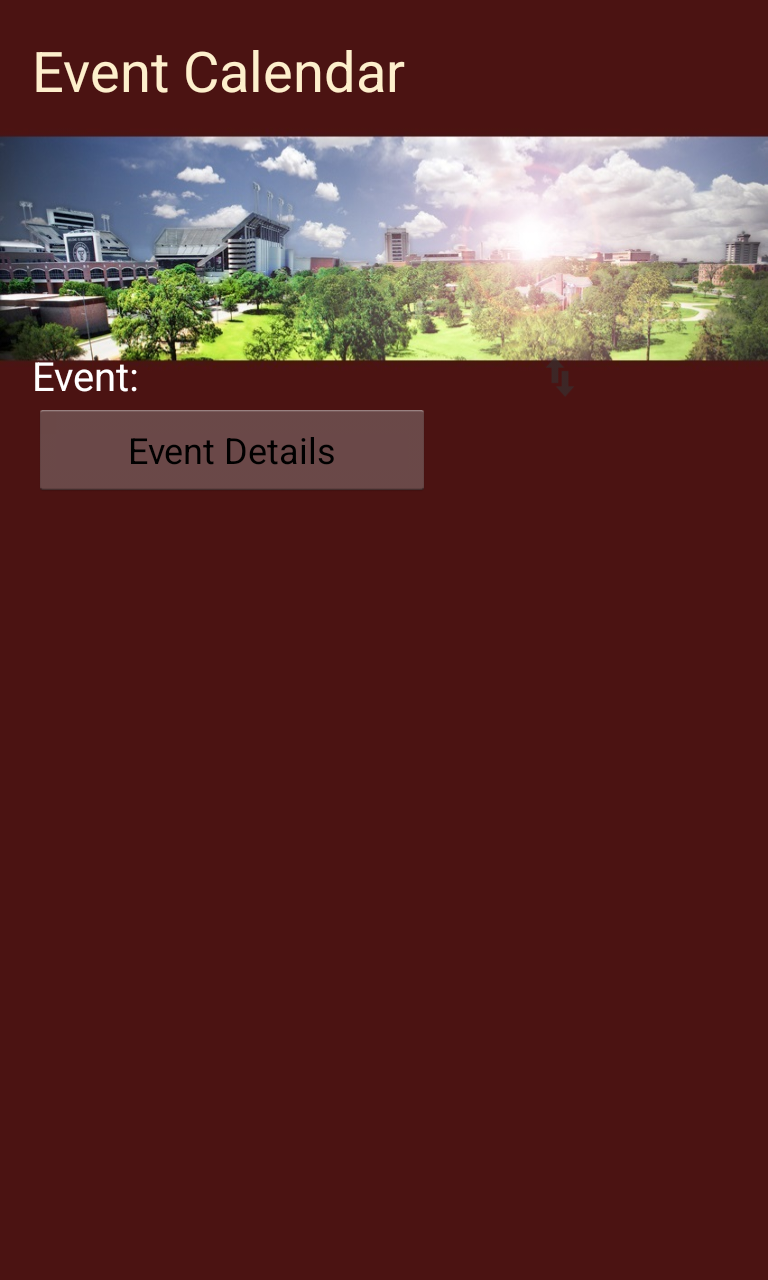
Repository: jannelg92/ANDROIDAPP
Layout: GEOINNOVATION/TAMUgis-dayEvents/res/layout/f_event_calendar.xml
An editor plug-in stored every save of this project. The layout is shown before and after the next save, followed by the edit.
It is drawn on a 768 x 1280 px phone screen (xhdpi) without system bars, with theme AppTheme; the app's code is not run.

Above is the layout before, as saved 2014-04-23 01:56:04.

### GEOINNOVATION/TAMUgis-dayEvents/res/layout/f_event_calendar.xml
<LinearLayout xmlns:android="http://schemas.android.com/apk/res/android"
    xmlns:tools="http://schemas.android.com/tools"
    android:layout_width="match_parent"
    android:layout_height="match_parent"
    android:id="@+id/eventCalendarList"
    android:orientation="vertical"
    android:background="@drawable/aggieland_bbackground"
    android:paddingBottom="@dimen/activity_vertical_margin"
    android:paddingLeft="@dimen/activity_horizontal_margin"
    android:paddingRight="@dimen/activity_horizontal_margin"
    android:paddingTop="@dimen/activity_vertical_margin" >


    <TextView
        android:id="@+id/event_cal"
        android:layout_width="wrap_content"
        android:layout_height="wrap_content"
        android:drawablePadding="10dp"
        android:text="@string/calendar"
        android:textColor="@color/background"
        android:textSize="@dimen/big_text" />
		<LinearLayout
		    android:layout_width="match_parent"
		    android:layout_height="wrap_content"
		    android:orientation="horizontal"
		    android:layout_marginTop="120dp" >
		      <TextView
		        android:id="@+id/event_label"
		        android:layout_width="wrap_content"
		        android:layout_height="wrap_content"
		        android:drawablePadding="10dp"
		        android:text="Event: "
		        android:textColor="#ffffff"
		        android:textSize="@dimen/mid_text" />
		       <TextView
		        android:id="@+id/event_name"
		        android:layout_width="wrap_content"
		        android:layout_height="wrap_content"
		        android:drawablePadding="10dp"
		        android:text="                                      "
		        android:textColor="#500000"
		        android:textSize="@dimen/mid_text" />
		        <Button
		        android:id="@+id/event_dtls"
		        android:layout_width="60px"
		        android:layout_height="50px"
		        android:drawablePadding="10dp"
		        android:background="@drawable/ic_action_import_export"
		        android:src="@drawable/ic_action_import_export" />


      </LinearLayout>


    <Button
        android:id="@+id/eventDetails_b"
        android:layout_width="200dp"
        android:layout_height="wrap_content"
        android:layout_marginBottom="10dp" android:text="@string/details"
        android:clickable="true" />

</LinearLayout>

### GEOINNOVATION/TAMUgis-dayEvents/res/values/dimens.xml
<resources>

   <dimen name="activity_horizontal_margin">16dp</dimen>
    <dimen name="activity_vertical_margin">16dp</dimen>

    <dimen name="big_text">28dip</dimen>
    <dimen name="mid_text">20dip</dimen>
    <dimen name="small_text">16dip</dimen>
    <dimen name="return_w">50dp</dimen>
    <dimen name="return_h">50dp</dimen>
    <dimen name="text_sizeW">70dp </dimen>
    <dimen name="text_sizeH">70dp</dimen>
    <dimen name="button_w">200dp </dimen>
    <dimen name="button_h">60dp </dimen>
    <!--
         Per the design guidelines, navigation drawers should be between 240dp and 320dp:
         https://developer.android.com/design/patterns/navigation-drawer.html
    -->
    <dimen name="navigation_drawer_width">277dp</dimen>

</resources>

### GEOINNOVATION/TAMUgis-dayEvents/res/values/strings.xml
<?xml version="1.0" encoding="utf-8"?>
<resources>

    <!-- Menu, Application, Object TITLES -->
    <string name="app_name">TAMU GIS DAY Events</string>
    <string name="application_name">Texas A&amp;M Geoservices</string>
    <string name="nav_drawer">Navigation Drawer</string>
    <string name="layout_piece">Structure or element of the layout</string>
    <string name="hello_world">Hello  W O R L D!! :)</string>
    <string name="title_menu">Navigation Menu</string>
    <string name="title_activity_user_options">UserOptions</string>
    <string name="title_activity_events">Events</string>
    <string name="title_activity_event_checkin">Event_checkin</string>
    <string name="title_section1">Welcome</string>
    <string name="title_section2">Events</string>
    <string name="title_sectionLogin">Log-in</string>
    <string name="title_section3">Event Check-in</string>
    <string name="title_section4">My Events</string>
    <string name="title_section5">Settings</string>
    <string name="title_section6">Log-out</string>


    <string-array name="mainTitles">
        <item id="menu1_99">Log-in </item>
        <item id="menu1_100">Event Calendar </item>
        <item id="menu1_101">Share </item>
    </string-array>
    <string-array name="userTitles">
        <item id="menu2_99"> Event Calendar </item>
        <item id="menu2_100"> Event Check-in </item>
        <item id="menu2_101"> My Events </item>
        <item id="menu2_102"> Share </item>
        <item id="menu2_103"> Settings </item>
        <item id="menu2_104"> Log-out</item>
    </string-array>
    <string-array name="menuTitles">
        <item id="menu2_99">   Home  </item>
        <item id="menu2_100"> Log-in </item>
        <item id="menu2_101"> Event Calendar </item>
        <item id="menu2_102"> Event Check-in </item>
        <item id="menu2_103"> My Events </item>
        <item id="menu2_104"> Share </item>
        <item id="menu2_105"> Settings </item>
        <item id="menu2_106"> Log-out </item>
    </string-array>

    <array name="nav_drawer_icons">
        <item>@drawable/ic_launcher</item>
        <item>@drawable/ic_action_signup</item>
        <item>@drawable/ic_action_eventcal</item>
        <item>@drawable/ic_action_checkin</item>
        <item>@drawable/ic_action_myevents</item>
        <item>@drawable/ic_action_share</item>
        <item>@drawable/ic_action_settings</item>
        <item>@drawable/ic_action_import_export</item>
    </array>

    <!--  -->


    <!-- Strings related to Settings, Example General settings -->
    <string name="pref_header_general">General</string>
    <string name="pref_title_social_recommendations">Enable social recommendations</string>
    <string name="pref_description_social_recommendations">Recommendations for people to contact based on your message history</string>
    <string name="pref_title_display_name">Display name</string>
    <string name="pref_default_display_name">John Smith</string>
    <string name="pref_title_add_friends_to_messages">Add friends to messages</string>

    <string-array name="pref_example_list_titles">
        <item>Always</item>
        <item>When possible</item>
        <item>Never</item>
    </string-array>
    <string-array name="pref_example_list_values">
        <item>1</item>
        <item>0</item>
        <item>-1</item>
    </string-array>

    <!-- Example settings for Data & Sync -->
    <string name="pref_header_data_sync">Data &amp; sync</string>
    <string name="pref_title_sync_frequency">Sync frequency</string>

    <string-array name="pref_sync_frequency_titles">
        <item>15 minutes</item>
        <item>30 minutes</item>
        <item>1 hour</item>
        <item>3 hours</item>
        <item>6 hours</item>
        <item>Never</item>
    </string-array>
    <string-array name="pref_sync_frequency_values">
        <item>15</item>
        <item>30</item>
        <item>60</item>
        <item>180</item>
        <item>360</item>
        <item>-1</item>
    </string-array>

    <string name="pref_title_system_sync_settings">System sync settings</string>

    <!-- Example settings for Notifications -->

    <string name="pref_header_notifications">Notifications</string>
    <string name="pref_title_new_message_notifications">New message notifications</string>
    <string name="pref_title_ringtone">Ringtone</string>
    <string name="pref_ringtone_silent">Silent</string>
    <string name="pref_title_vibrate">Vibrate</string>
    <string name="app_settings">App Settings</string>
    <string name="main">Home</string>
    <string name="login">Log-in</string>
    <string name="calendar">Event Calendar</string>
    <string name="checkin">Event Checkin</string>
    <string name="myevents">My Events</string>
    <string name="share">Share</string>
    <string name="map">Map</string>
    <string name="settings">Settings</string>
    <string name="logout">Log-out</string>
    <string name="returnB">Back</string>
    <string name="details">Event Details</string>
    <string name="prof_classes">Professor-added Classes </string>
    <string name="prof">Professors </string>
    <string name="pics">Pictures</string>
    <string name="signup">Sign-up </string>
    <string name="mycourses">My Courses</string>
    <string name="notify">Notifcation Options </string>
    <string name="event_remind">Send Event Reminders</string>
    <string name="push">Allow Push Notifications</string>
    <string name="gps">Allow GPS Tracking</string>

    <!-- Description Strings -->
    <color name="maroon">#500000</color>
    <color name="selector">#F4AF00</color>
    <color name="background">#FDEFCC </color>

    <string name="drawer_open">Open Menu</string>
    <string name="drawer_close">Close Menu</string>
    <string name="app_error">Sorry, GIS DAY app is NOT available.</string>
    <string name="navigation_drawer_open">Open navigation drawer</string>
    <string name="navigation_drawer_close">Close navigation drawer</string>
    <string name="action_example">HelloWorld</string>
    <string name="action_settings">Settings</string>
    <string name="prompt_email">Email</string>
    <string name="prompt_password">Password</string>
    <string name="action_sign_in_register"><b>Sign in</b> or register</string>
    <string name="action_sign_in_short">Sign in</string>
    <string name="action_forgot_password">Recover lost password</string>
    <string name="login_progress_signing_in">Signing in&#8230;</string>
    <string name="error_invalid_email">This email address is invalid</string>
    <string name="error_invalid_password">This password is too short</string>
    <string name="error_incorrect_password">This password is incorrect</string>
    <string name="error_field_required">This field is required</string>
    <string name="title_activity_event_calendar">EventCalendar</string>

</resources>

Loaded but not shown: GEOINNOVATION/TAMUgis-dayEvents/res/values/styles.xml (common file); GEOINNOVATION/TAMUgis-dayEvents/res/values-v11/styles.xml (common file); GEOINNOVATION/TAMUgis-dayEvents/res/values-v14/styles.xml (common file); GEOINNOVATION/TAMUgis-dayEvents/res/values-w820dp/dimens.xml (common file)

After the next save:
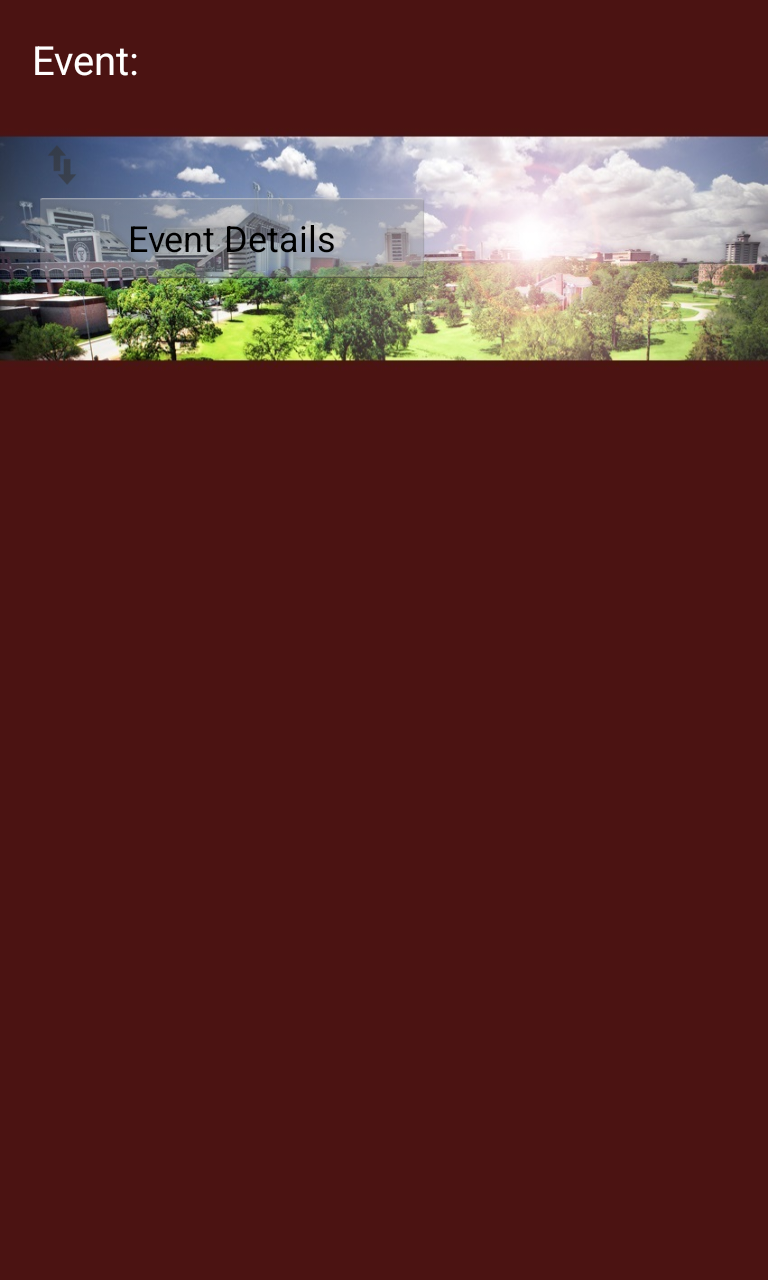
Saved 5 min 13 s later.
--- a/GEOINNOVATION/TAMUgis-dayEvents/res/layout/f_event_calendar.xml
+++ b/GEOINNOVATION/TAMUgis-dayEvents/res/layout/f_event_calendar.xml
@@ -11,19 +11,6 @@
     android:paddingTop="@dimen/activity_vertical_margin" >
 
 
-    <TextView
-        android:id="@+id/event_cal"
-        android:layout_width="wrap_content"
-        android:layout_height="wrap_content"
-        android:drawablePadding="10dp"
-        android:text="@string/calendar"
-        android:textColor="@color/background"
-        android:textSize="@dimen/big_text" />
-		<LinearLayout
-		    android:layout_width="match_parent"
-		    android:layout_height="wrap_content"
-		    android:orientation="horizontal"
-		    android:layout_marginTop="120dp" >
 		      <TextView
 		        android:id="@+id/event_label"
 		        android:layout_width="wrap_content"
@@ -49,7 +36,6 @@
 		        android:src="@drawable/ic_action_import_export" />
 
 
-      </LinearLayout>
 
 
     <Button
@@ -57,6 +43,7 @@
         android:layout_width="200dp"
         android:layout_height="wrap_content"
         android:layout_marginBottom="10dp" android:text="@string/details"
-        android:clickable="true" />
+        android:clickable="true"
+        android:src="@drawable/plus_square" />
 
 </LinearLayout>
